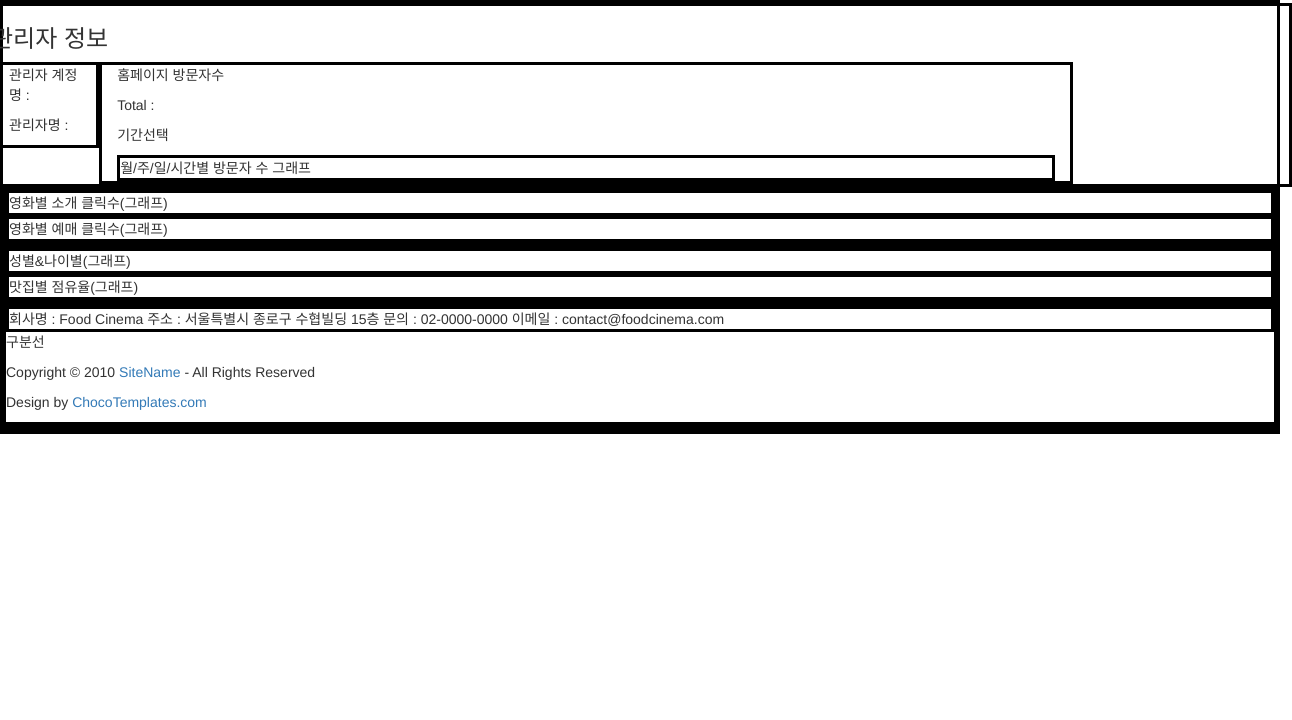
Repository: fhwang2/WEB
Page: http://localhost/FoodCinema/admin.jsp
These files come from the project's save history. The page is drawn as it stood at one moment and after the next save; the edit follows.
The browser window is 1280 px wide. The page is 1292 px wide, then 1280 px, so the pictures cover 1292 px, including what lies to the right of the window. The pictures show the whole page.
The page is served by Tomcat 9.

Above is the page before, as saved 2019-07-11 09:03:59.

### FoodCinema/WebContent/admin.jsp
<%@ page language="java" contentType="text/html; charset=UTF-8"
	pageEncoding="UTF-8"%>
<!DOCTYPE html>
<head>
<title>Food Cinema</title>
<meta http-equiv="Content-Type" content="text/html; charset=utf-8" />
<link rel="stylesheet"
	href="https://maxcdn.bootstrapcdn.com/bootstrap/3.4.0/css/bootstrap.min.css">
<script src="https://ajax.googleapis.com/ajax/libs/jquery/3.4.1/jquery.min.js"></script>
<script	src="https://maxcdn.bootstrapcdn.com/bootstrap/3.4.0/js/bootstrap.min.js"></script>
<script type="text/javascript" src="js/jquery-1.4.2.min.js"></script>
<script type="text/javascript" src="js/jquery-func.js"></script>

<style>

.adminTotal{
	display : grid;
}
div {
	border-style: solid;
	border-color: black;
}

</style>

</head>
<body>
	<div id="shell">
		<!-- <div id="header">
			<h1 id="logo">
				<a href="#">FoodCinema</a>
			</h1>
		</div> -->
		<div id="admin_total" class="row">
			<h3>관리자 정보</h3>
			<div id="admin_info" class="col-sm-1">

				<p class="">
					관리자 계정명 :
					<%

				%>
				</p>
				<p>
					관리자명 :
					<%

				%>
				</p>
			</div>
			<div id="totalCnt" class="col-sm-9">
				<p>홈페이지 방문자수</p>
				<p>
					Total :
					<%

				%>
				</p>
				<p>기간선택</p>
				<div id="visitor">월/주/일/시간별 방문자 수 그래프</div>
			</div>
		</div>
		<div id="movie_stat">
			<div id="movie_info_count">영화별 소개 클릭수(그래프)</div>
			<div id="movie_ing_count">영화별 예매 클릭수(그래프)</div>
		</div>
		<div id="matzip_stat">
			<div id="matzip_sex+age">성별&나이별(그래프)</div>
			<div id="matzip_share">맛집별 점유율(그래프)</div>
		</div>
		<div id="footer">
			<div id="companyInfo">
				회사명 : Food Cinema
				주소 : 서울특별시 종로구 수협빌딩 15층
				문의 : 02-0000-0000
				이메일 : contact@foodcinema.com
			</div>
			<p>구분선</p>
			<p class="lf">
				Copyright &copy; 2010 <a href="#">SiteName</a> - All Rights Reserved
			</p>
			<p class="rf">
				Design by <a href="http://chocotemplates.com/">ChocoTemplates.com</a>
			</p>
			<div style="clear: both;"></div>
		</div>
	</div>
</body>
</html>

Loaded but not shown: FoodCinema/WebContent/js/jquery-1.4.2.min.js (library); FoodCinema/WebContent/js/jquery-func.js (common file); FoodCinema/WebContent/css/style.css (common file)

After the next save:
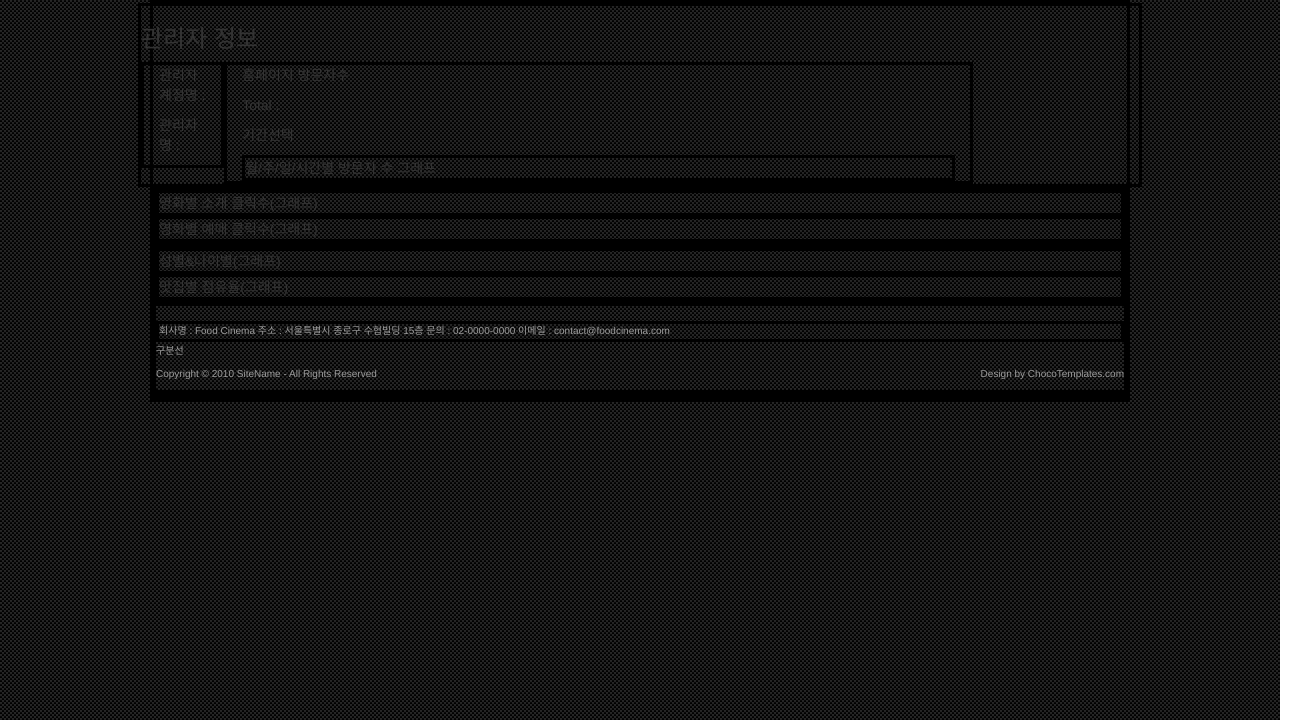
Saved 97 s later.
--- a/FoodCinema/WebContent/admin.jsp
+++ b/FoodCinema/WebContent/admin.jsp
@@ -4,6 +4,7 @@
 <head>
 <title>Food Cinema</title>
 <meta http-equiv="Content-Type" content="text/html; charset=utf-8" />
+<link rel="stylesheet" href="css/style.css" type="text/css" media="all" />
 <link rel="stylesheet"
 	href="https://maxcdn.bootstrapcdn.com/bootstrap/3.4.0/css/bootstrap.min.css">
 <script src="https://ajax.googleapis.com/ajax/libs/jquery/3.4.1/jquery.min.js"></script>
